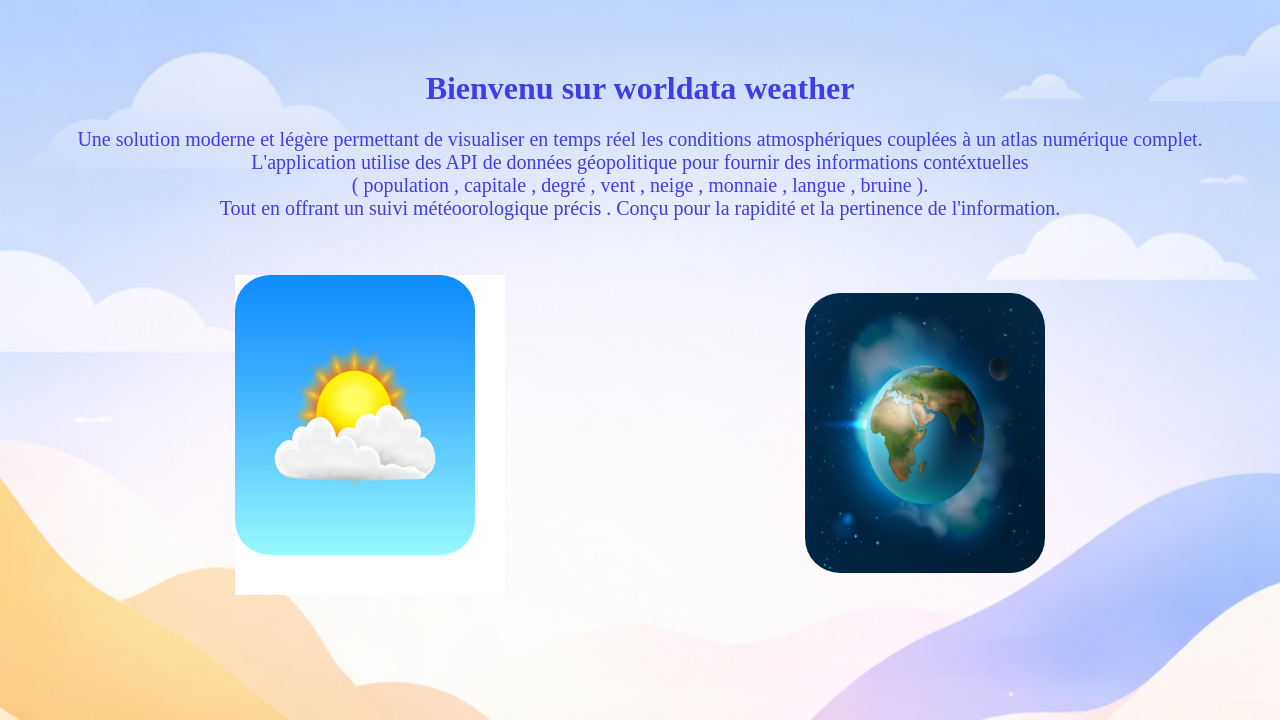
Repository: assanendao171/meteo
Page: index.html
These files come from the project's save history. The page is drawn as it stood at one moment and after a run of saves; the edit follows.
The browser window is 1280 px wide. The pictures show the whole page.

Above is the page before, as saved 2026-03-18 17:07:17.

### index.html
<!DOCTYPE html>
<html lang="en">
<head>
    <meta charset="UTF-8">
    <meta name="viewport" content="width=device-width, initial-scale=1.0">
    <title>Document</title>
    <link rel="stylesheet" href="style.css">
</head>
<body>
    <h1>Bienvenu sur worldata weather</h1>
    <p>Une solution moderne et légère permettant de visualiser en temps réel les conditions atmosphériques couplées à un atlas numérique
        complet. <br> L'application utilise des API de données géopolitique pour fournir des informations contéxtuelles <br>
        ( population , capitale , degré , vent , neige , monnaie , langue , bruine ). <br>
        Tout en offrant un suivi météoorologique précis . Conçu pour la rapidité et la  pertinence de l'information.
    </p>
    <div id="contain">
        <div id="img1">
            <img src="acceuil.jpg" alt="meteo">

        </div>
        <div id="ima2">
<img src="18966224.jpg" alt="la terre">

        </div>
    </div>
</body>
</html>

### style.css
body{
    background-image: url("fondacceuil.png");
    background-size: cover;
    background-repeat: no-repeat;
}
img{
    width: 240px;
    height: 280px;
    border-radius: 35px;
}
h1{
    text-align: center;
    color: rgb(62, 62, 230);
    font-size:2rem;
        margin-top: 70px;

}
#contain{
    display: flex;
    gap: 300px;
flex-direction: row;
justify-content: center;
align-items: center;
margin-top:55px
}
p{
        font-size: 20px;
    text-align: center;
    color: rgb(62, 62, 230);
}
#img1{
    width: 270px;
    height: 320px;
    background-color: white;
}

After the next 2 saves:
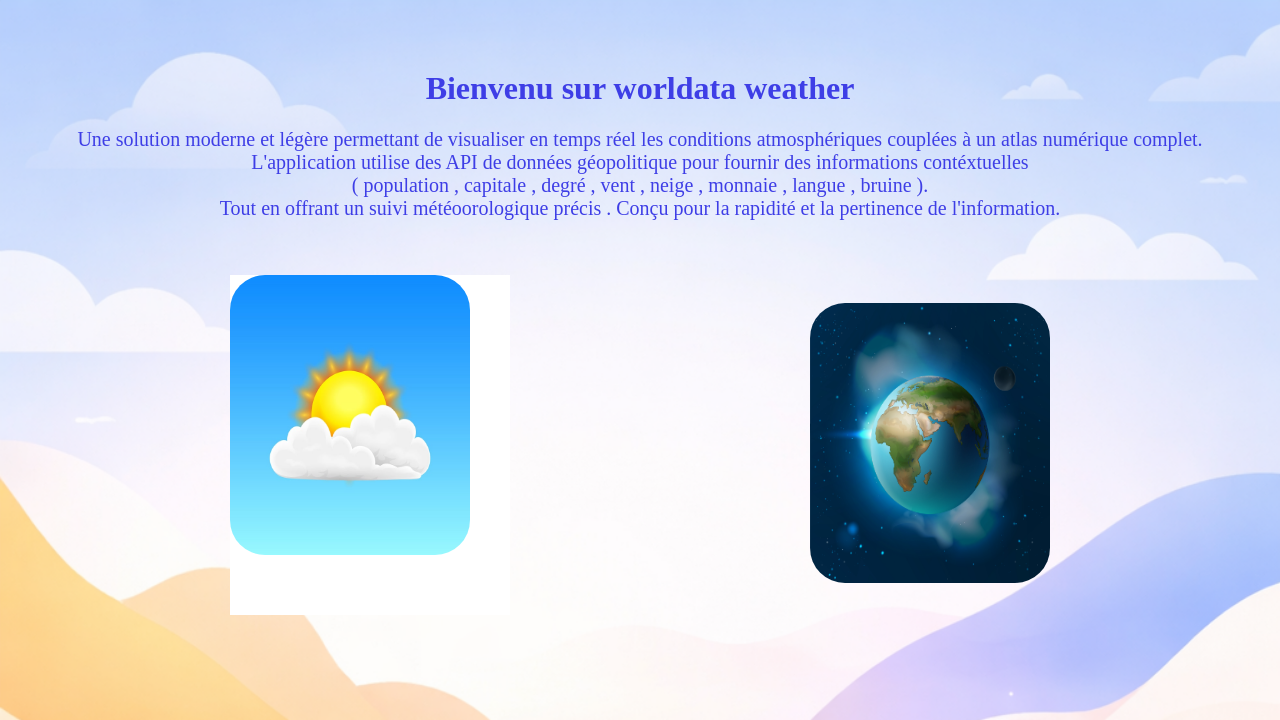
The 2 saves are shown as one change because they came seconds apart.
The last was saved 14 s later.
--- a/style.css
+++ b/style.css
@@ -29,7 +29,7 @@ p{
     color: rgb(62, 62, 230);
 }
 #img1{
-    width: 270px;
-    height: 320px;
+    width: 280px;
+    height: 340px;
     background-color: white;
 }
